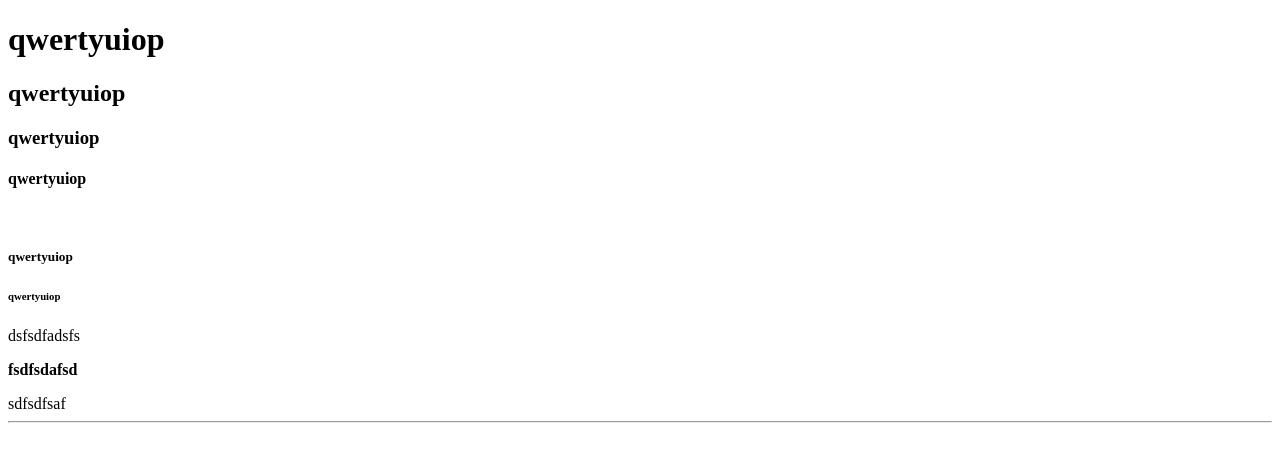
Repository: sannikovcode/exercises-a1
Page: JS/test1/task4/index.html
The author's editor kept a copy of each file at every save. The page is drawn from the files as they stood at one save, then again after the next save.
The browser window is 1280 px wide. The pictures show the whole page.

Above is the page before, as saved 2025-10-16 14:14:56.

After the next save:
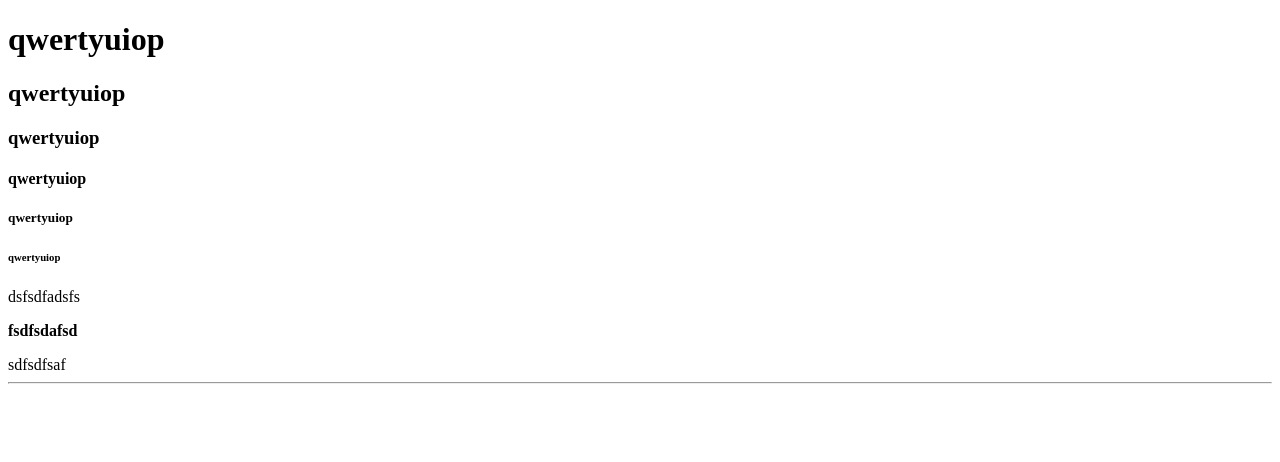
Saved 15 s later.
--- a/JS/test1/task4/index.html
+++ b/JS/test1/task4/index.html
@@ -12,14 +12,14 @@
     <h2>qwertyuiop</h2>
     <h3>qwertyuiop</h3>
     <h4>qwertyuiop</h4>
-    <br>
-    <h5>qwertyuiop</h5>
-    <h6>qwertyuiop</h6>
-    <p> dsfsdfadsfs</p>
-    <p><strong>fsdfsdafsd</strong></p>
+    <br*150>
+        <h5>qwertyuiop</h5>
+        <h6>qwertyuiop</h6>
+        <p> dsfsdfadsfs</p>
+        <p><strong>fsdfsdafsd</strong></p>
 
-    <div>sdfsdfsaf</div>
-    <hr>
+        <div>sdfsdfsaf</div>
+        <hr>
 
 
 

After the save that followed:
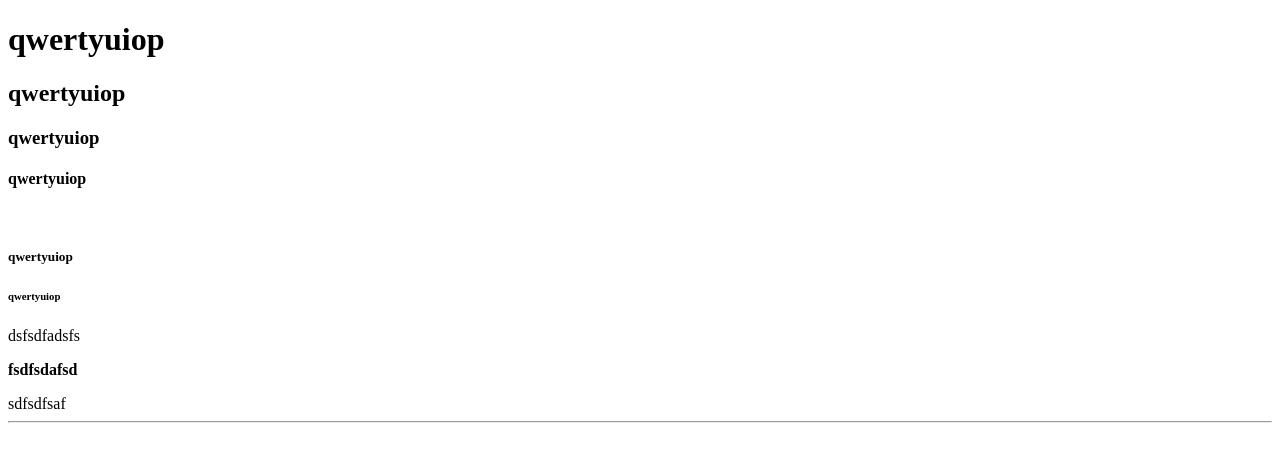
Saved 14 s later.
--- a/JS/test1/task4/index.html
+++ b/JS/test1/task4/index.html
@@ -12,14 +12,14 @@
     <h2>qwertyuiop</h2>
     <h3>qwertyuiop</h3>
     <h4>qwertyuiop</h4>
-    <br*150>
-        <h5>qwertyuiop</h5>
-        <h6>qwertyuiop</h6>
-        <p> dsfsdfadsfs</p>
-        <p><strong>fsdfsdafsd</strong></p>
+    <br *150>
+    <h5>qwertyuiop</h5>
+    <h6>qwertyuiop</h6>
+    <p> dsfsdfadsfs</p>
+    <p><strong>fsdfsdafsd</strong></p>
 
-        <div>sdfsdfsaf</div>
-        <hr>
+    <div>sdfsdfsaf</div>
+    <hr>
 
 
 
